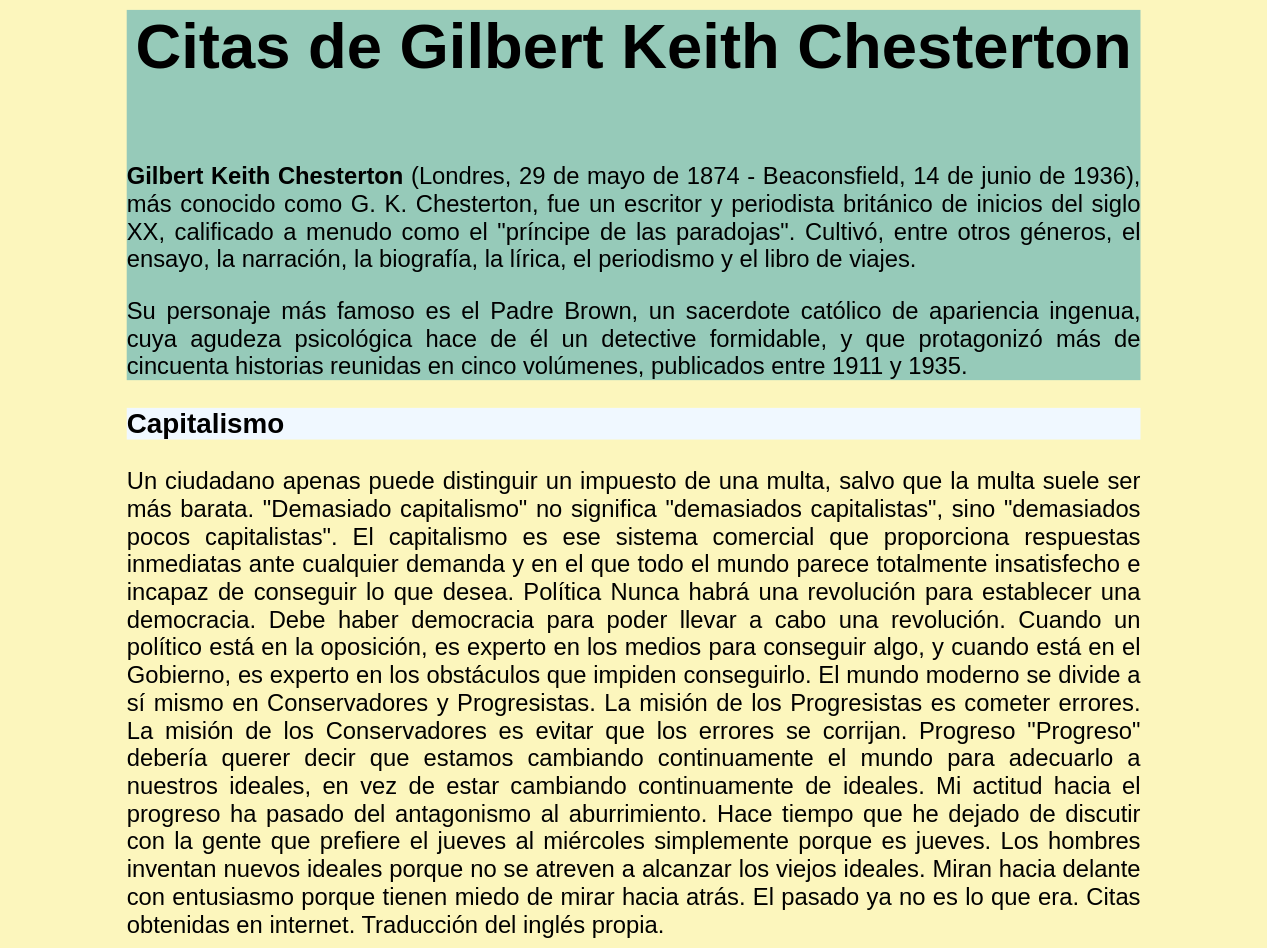
Repository: EmilyMachuca-Developer/Advanced-Programming-Projects
Page: index.html
The author's editor kept a copy of each file at every save. The page is drawn from the files as they stood at one save, then again after the next save.
The browser window is 1280 px wide. The pictures show the whole page, at 99% of full size.

Above is the page before, as saved 2024-02-26 20:26:59.

After the next save:
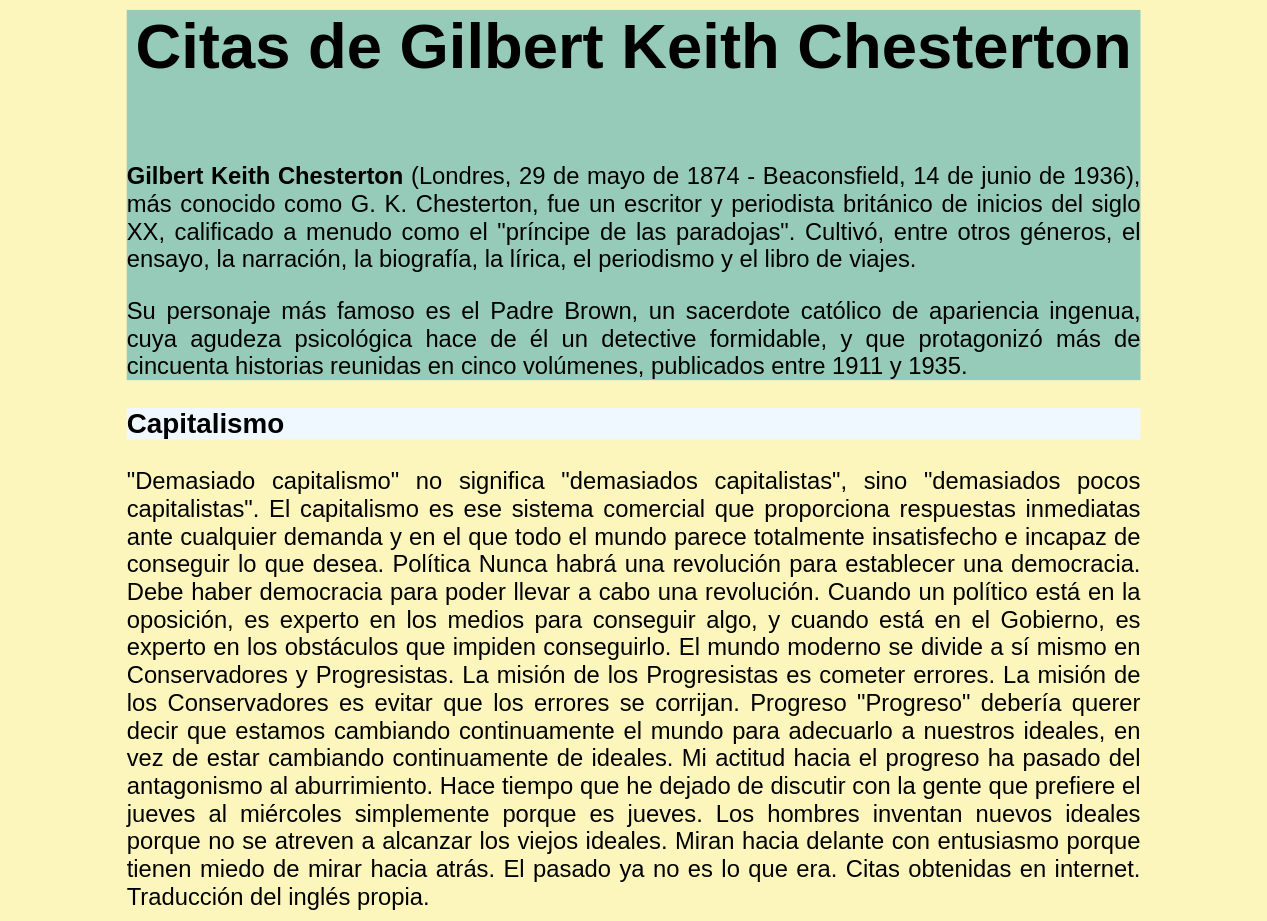
Saved 5 s later.
--- a/index.html
+++ b/index.html
@@ -15,7 +15,7 @@
 <div style="background-color: aliceblue;"><h3>Capitalismo</h3></div>
 
 <div></div>
-Un ciudadano apenas puede distinguir un impuesto de una multa, salvo que la multa suele ser más barata.
+
 
 "Demasiado capitalismo" no significa "demasiados capitalistas", sino "demasiados pocos capitalistas".
 
